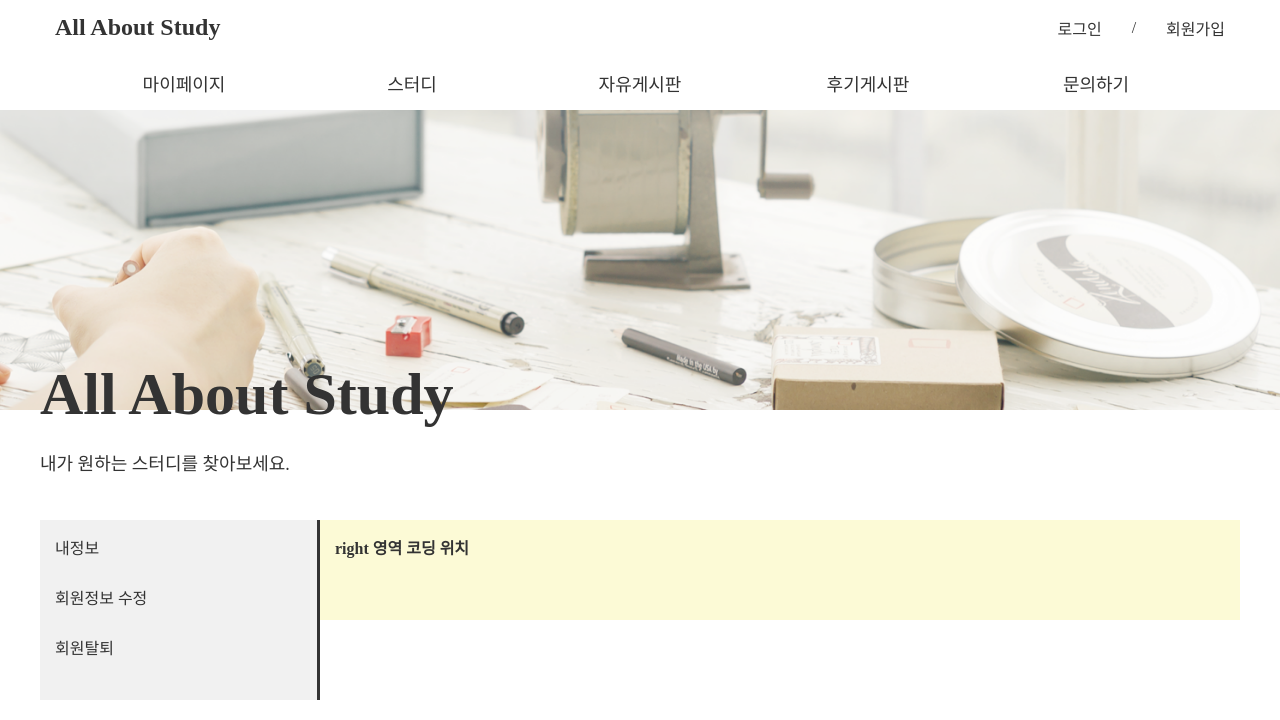
Repository: agheha/trillion
Page: YH/study_project/html/update.html
The author's editor kept a copy of each file at every save. The page is drawn from the files as they stood at one save, then again after a run of saves.
The browser window is 1280 px wide. The pictures show the whole page.

Above is the page before, as saved 2019-09-06 12:31:12.

### YH/study_project/html/update.html
<!DOCTYPE html>
<html lang="en">
<head>
    <meta charset="UTF-8">
    <meta name="viewport" content="width=device-width, initial-scale=1.0">
    <meta http-equiv="X-UA-Compatible" content="ie=edge">
    <title>Document</title>
    <link rel="stylesheet" href="./../css/header.css">
    <link rel="stylesheet" href="./../css/update.css">
    <link rel="stylesheet" href="./../css/common.css">

</head>
<body>
    <header>
        <div class="header_top_wrap">
            <div><a href="#">All About Study</a></div>
            <div>
                <ul>
                    <li><a href="#">로그인</a></li>
                    <li>/</li>
                    <li><a href="#">회원가입</a></li>
                </ul>
            </div>
        </div>
        <div class="header_bot_wrap">
            <div><a href="#">마이페이지</a></div>
            <div><a href="#">스터디</a></div>
            <div><a href="#">자유게시판</a></div>
            <div><a href="#">후기게시판</a></div>
            <div><a href="#">문의하기</a></div>
        </div>
    </header>
    <section class="background_wrap">
        <div class="background">
            <h1>All About Study</h1>
            <p>내가 원하는 스터디를 찾아보세요.</p>
        </div>
    </section>

    <section>
        <div class="section_wrap left_wrap">
            <ul>
                <li class="left_menu"><a href="#">내정보</a></li>
                <li class="left_menu"><a href="#">회원정보 수정</a></li>
                <li class="left_menu"><a href="#">회원탈퇴</a></li>
            </ul>
        </div>
        <div class="section_wrap right_wrap">
            <h1>right 영역 코딩 위치</h1>
        </div>
    </section>

</body>
</html>

### YH/study_project/css/header.css
header {
    width: 1200px;
    margin: 0 auto;
}

/* header_top_wrap */
.header_top_wrap {
    width: 100%;
    height: 55px;
}
.header_top_wrap > div:first-child {
    display: table;
    float: left;
    height: 100%;
}
.header_top_wrap > div:first-child > a {
    display: table-cell;
    vertical-align: middle;
    padding-left: 15px;
    font-size: 24px;
    font-weight: 900;
}
.header_top_wrap > div:last-child {
    float: right;
    height: 100%;
    text-align: center;
}
.header_top_wrap ul {
    display: table;
    height: 100%;
}
.header_top_wrap ul li {
    display: table;
    float: left;
    height: 100%;
    padding: 0 15px;
}
.header_top_wrap ul li:nth-child(2) {
    display:table-cell;
    vertical-align: middle;
    float: none;
}
.header_top_wrap ul li a {
    display: table-cell;
    vertical-align: middle;
}
.header_top_wrap ul li a:hover {
    text-decoration:underline;
}

/* header_bot_wrap */
.header_bot_wrap {
    box-sizing: border-box;
    width:100%;
    height: 55px;
    padding: 0 30px;
}
.header_bot_wrap > div {
    width: 20%;
    height: 100%;
    float: left;
    display: table;
}
.header_bot_wrap > div > a {
    display: table-cell;
    vertical-align: middle;
    font-size: 18px;
    text-align: center;
}
.header_bot_wrap > div > a:hover {
    color: #dd333d;
}

/* section 전체 범위 설정 */
section {
    width: 1200px;
    margin: 0 auto;
}

/* background-wrap */
section.background_wrap {
    width: 100%;
    height: 300px;
    background-image: url("./../images/bg_image01.jpg");
    background-size: cover;
    background-position: bottom center;
    background-repeat: no-repeat;
}
.background_wrap > div.background {
    position: relative;
    width: 1200px;
    margin: 0 auto;
    top: 300px;
}
.background_wrap > div.background > h1 {
    position: relative;
    font-size: 60px;
    top: -50px;
}
.background_wrap > div.background > p {
    position: relative;
    font-size: 18px;
    top: -30px;
}

/* section 퍼블리싱 다시 초기화 */
section:nth-child(3) {
    width: 1200px;
    margin: 0 auto;
    padding-top: 110px;
}

.section_wrap {
    float:left;
    min-height: 100px;
    box-sizing: border-box;
    padding: 15px;
}
.left_wrap {
    width: 280px;
    border-right: 3px solid #333;
    background-color: #33333311;
}
.right_wrap {
    width: 920px;
    background-color: #eee33333;
}

### YH/study_project/css/update.css
.left_menu {
    height : 50px;
    dis
}

### YH/study_project/css/common.css
body, button, dd, dl, dt, fieldset,
form, h1, h2, h3, h4, h5, h6, input,
legend, li, ol, p, select, table, td,
textarea, th, ul {
    font-family: 'Noto Sans KR';
    margin: 0;
    padding: 0;
    list-style: none;
    text-decoration: none;
    font-size: 16px;
    color: #333;
}

html, body {
    height: 100%;
}

a {
    text-decoration: none;
    color: #333;
}

After the next 4 saves:
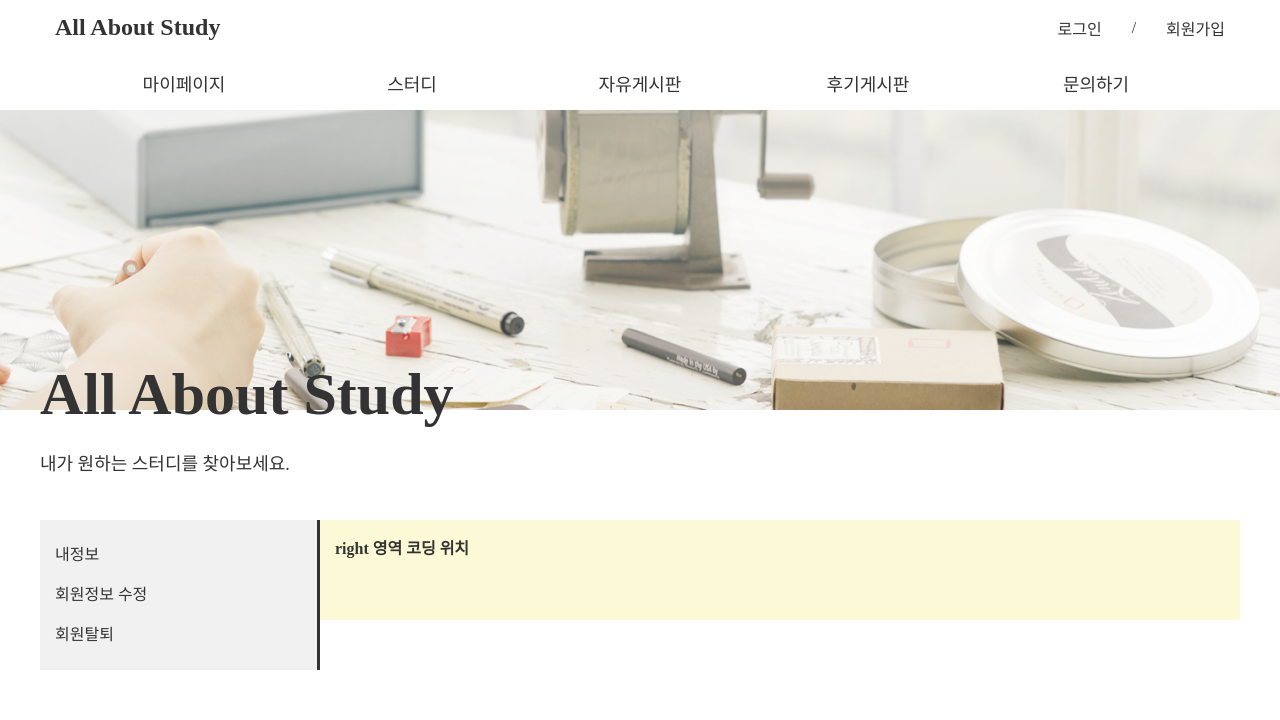
The 4 saves are shown as one change because they came seconds apart.
The last was saved 12 s later.
--- a/YH/study_project/css/update.css
+++ b/YH/study_project/css/update.css
@@ -1,4 +1,4 @@
 .left_menu {
-    height : 50px;
-    dis
+    height : 40px;
+    line-height: 40px;
 }
